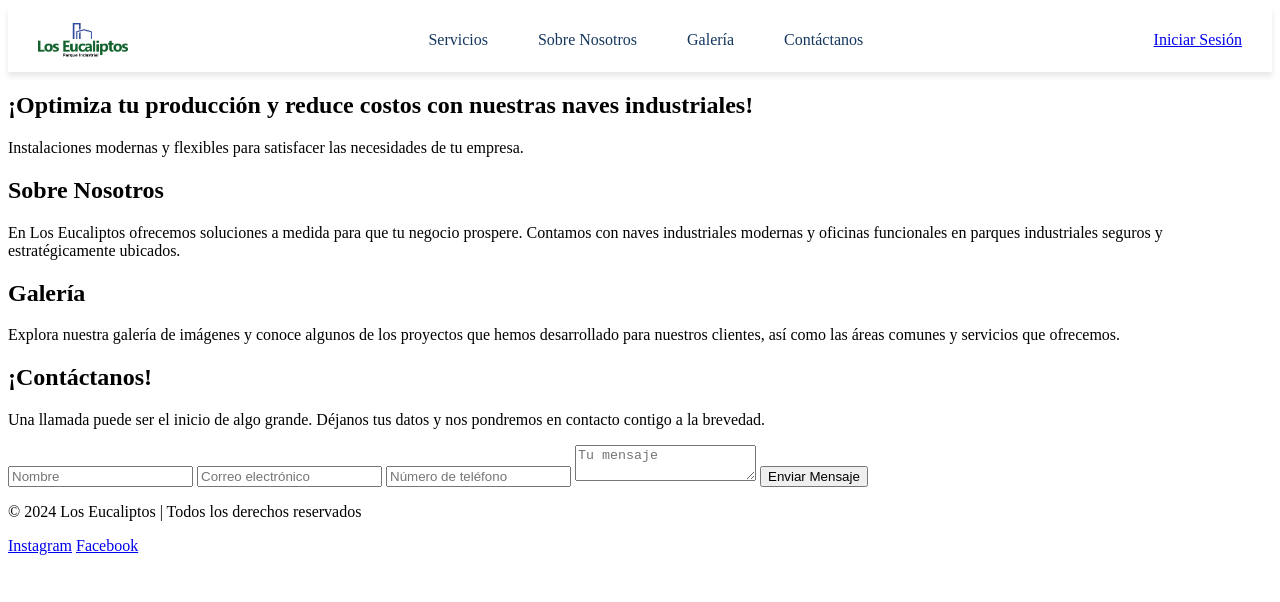
Repository: Los-Eucaliptos-WebApp/Los-Eucaliptos-FrontEnd
Page: pages/los-eucaliptos-home-page/index.html
These files come from the project's save history. The page is drawn as it stood at one moment and after a run of saves; the edit follows.
The browser window is 1280 px wide. The pictures show the whole page.

Above is the page before, as saved 2025-02-16 21:59:23.

After the next 2 saves:
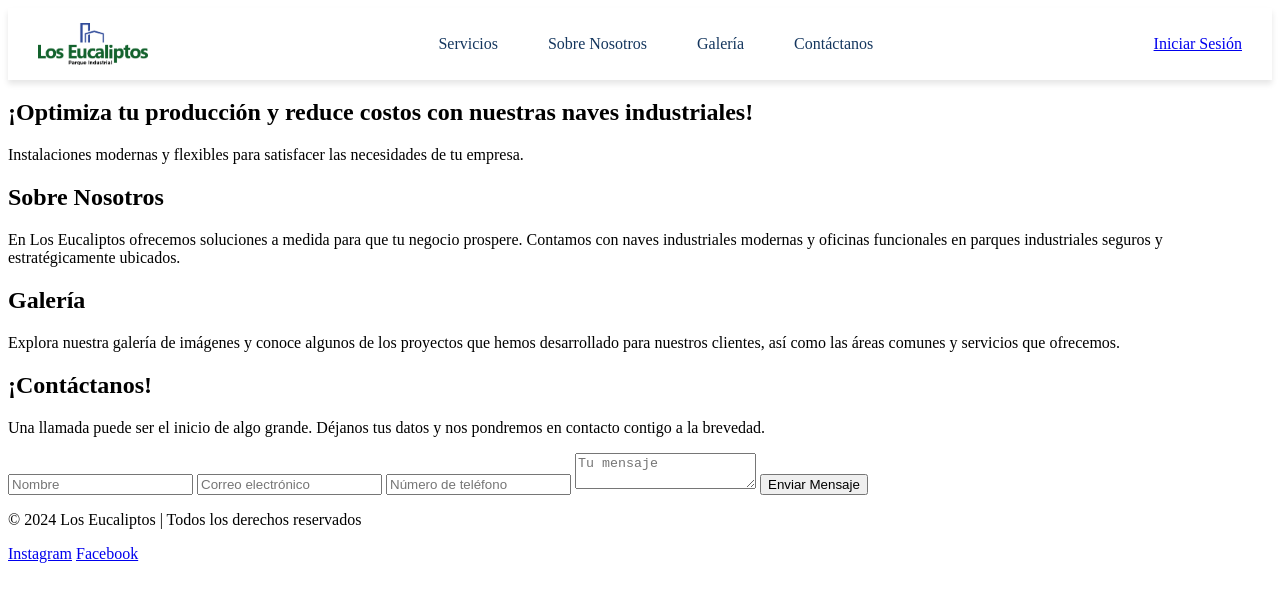
The 2 saves are shown as one change because they came seconds apart.
The last was saved 9 s later.
--- a/pages/los-eucaliptos-home-page/styles.css
+++ b/pages/los-eucaliptos-home-page/styles.css
@@ -16,7 +16,7 @@ header {
 }
 
 .logo img {
-    width: 90px;
+    width: 110px;
     height: auto;
     margin-right: 10px;
 }
